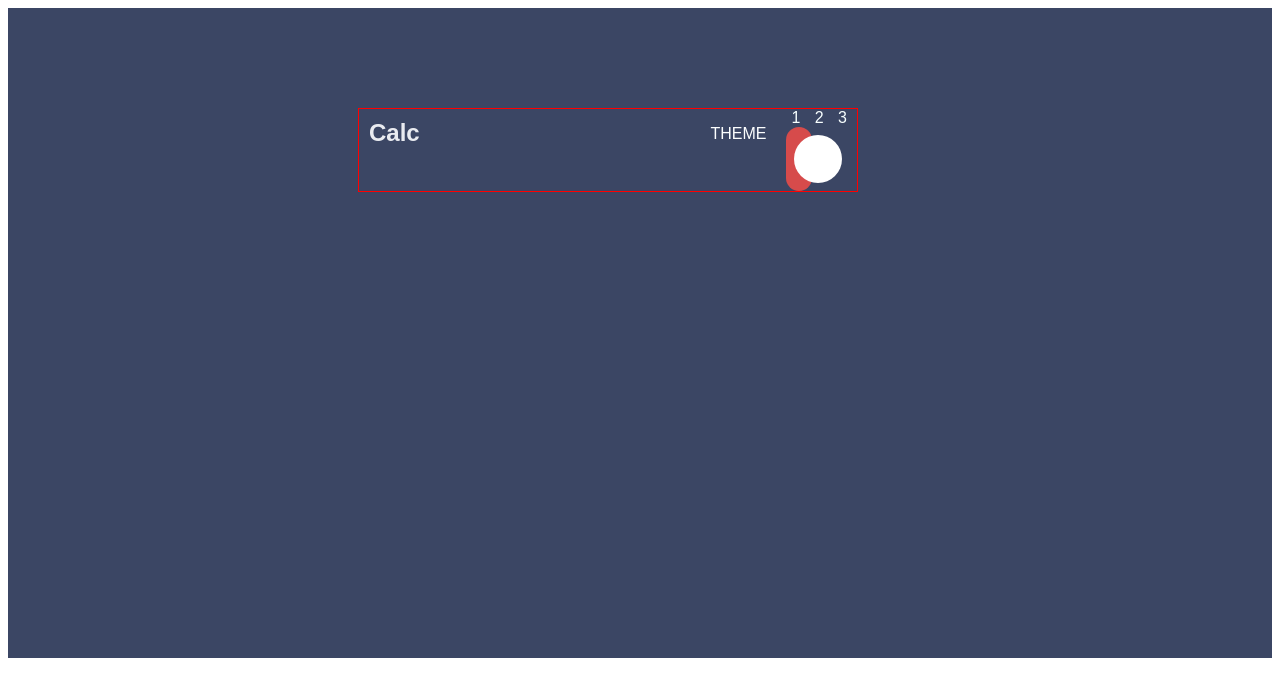
Repository: Bakyproit/Calcutor
Page: SimpleCalculatorApp.html
The author's editor kept a copy of each file at every save. The page is drawn from the files as they stood at one save, then again after a run of saves.
The browser window is 1280 px wide. The pictures show the whole page.

Above is the page before, as saved 2022-02-09 15:42:26.

After the next 3 saves:
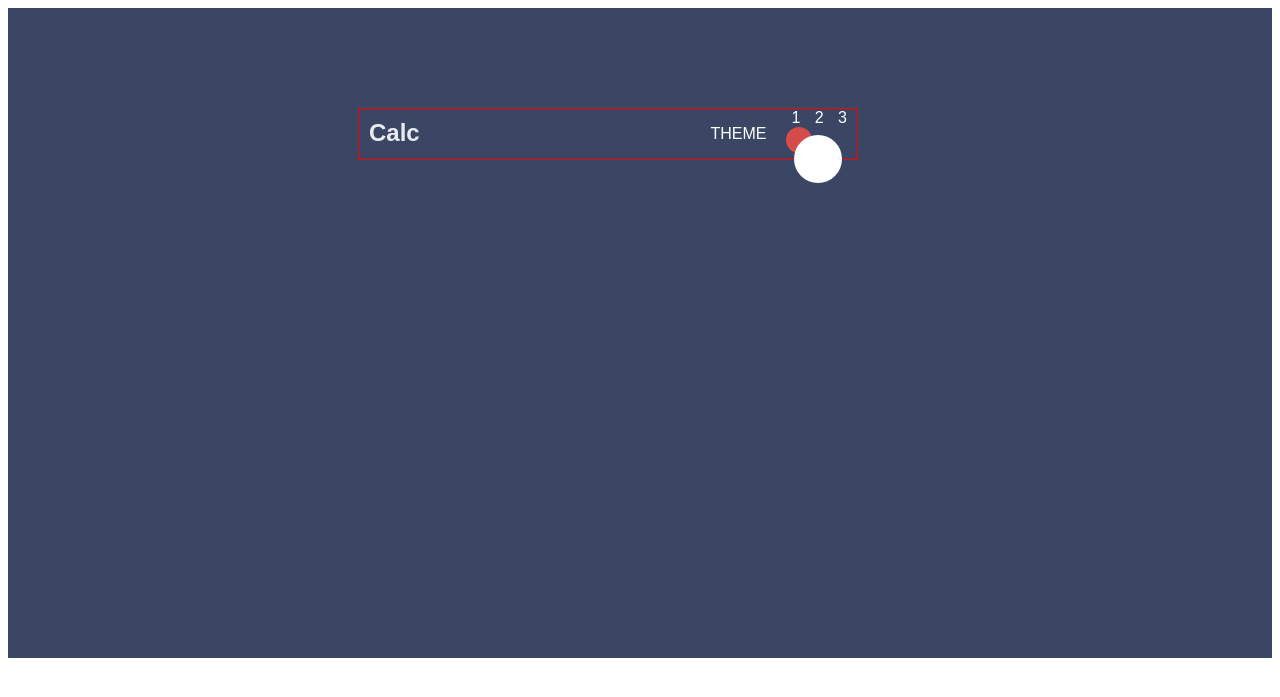
The 3 saves are shown as one change because they came seconds apart.
The last was saved 9 s later.
--- a/asset/App.css
+++ b/asset/App.css
@@ -67,7 +67,7 @@ h1{
 }
 .toggle__bar{
     width: 10px;
-    height: ;
+    height: 10px;
     background-color: rgb(214, 75, 75);
     border-radius: 5rem;
     /* transition: background-color 4s linear; */
